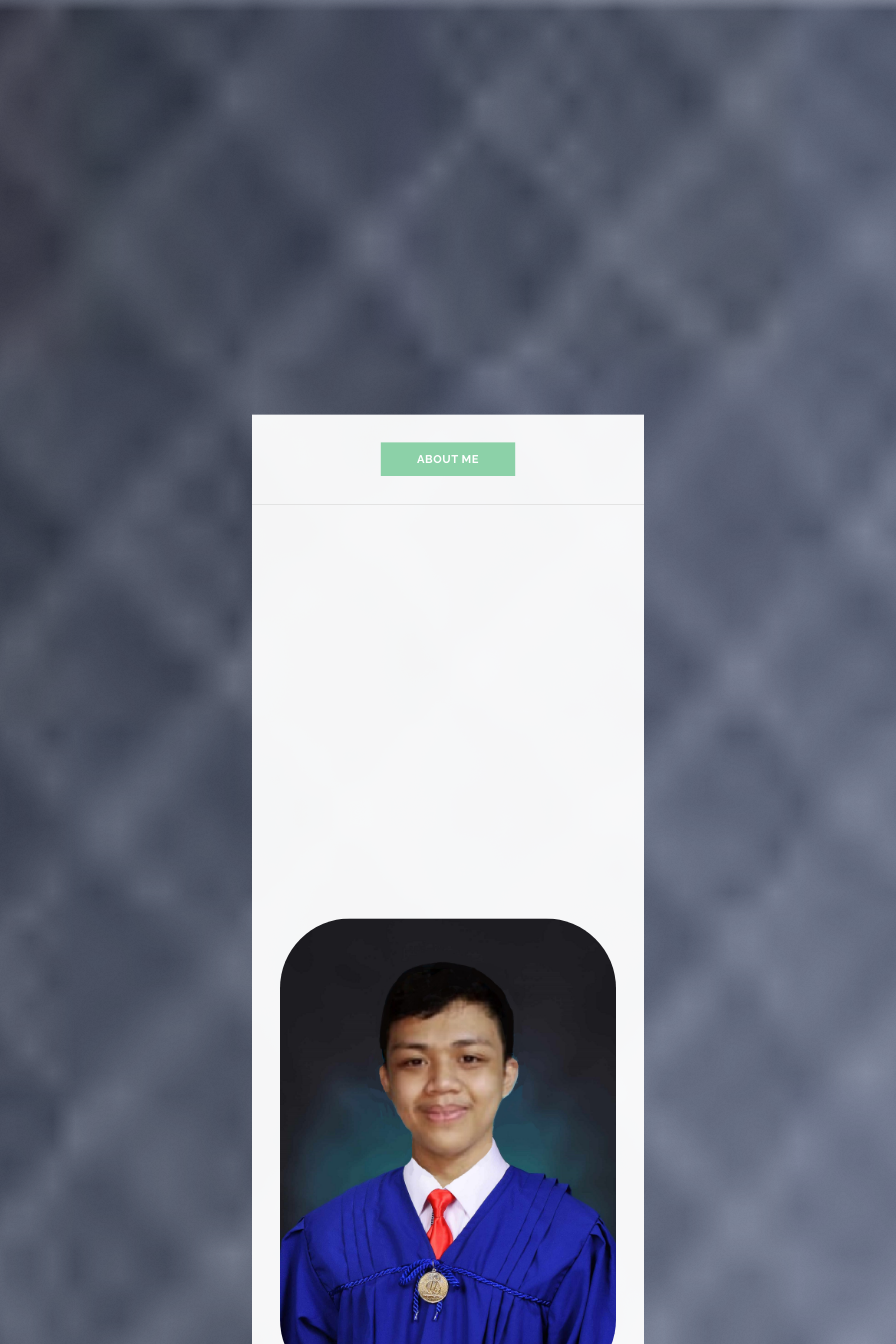
Repository: Josue7505/Josue.github.io
Page: index.html
These files come from the project's save history. The page is drawn as it stood at one moment and after the next save; the edit follows.
The browser window is 1280 px wide. The pictures show the part of the page from y = 0 to 1920 px (the page is 5616 px tall before and 6302 px after), at 70% of full size.
Some icons come from a web library that is not loaded, so they are not drawn. A picture or video elsewhere on the page could not be fetched, so the positions and the page height are approximate. Backgrounds fixed to the window are drawn as part of the page.

Above is the page before, as saved 2025-06-05 11:25:21.

### index.html
<!DOCTYPE HTML>

<html>
	<head>
		<title>Daniels Portfolio</title>
		<meta charset="utf-8" />
		<meta name="viewport" content="width=device-width, initial-scale=1, user-scalable=no" />
		<link rel="stylesheet" href="assets/css/main.css" />
	</head>
	<body class="is-preload">


			<section id="header">
				<header class="major">
					<h1>Portfolio</h1>
					<p>"Every loss is a lesson, not a defeat." </p>
				</header>
				<div class="container">
					<ul class="actions special">
						<li><a href="#one" class="button primary scrolly">About Me</a></li>
					</ul>
				</div>
			</section>


			<section id="one" class="main special">
				<div class="container">
					<span><img src="images/author.jpg" alt="Author" style="width:590px; border-radius:100px;"></span>
					<div class="content">
						<header class="major">
							<h2>Who I am</h2>
						</header>
						<p>Hi! I'm a 19-year-old Bachelor of Science in Information Technology (BSIT) student currently in my first year at STI. I've always been fascinated by how technology shapes the world around us, and I'm excited to be learning the skills that power modern digital systems.</p>
					</div>
					<a href="#two" class="goto-next scrolly">Next</a>
				</div>
			</section>


			<section id="two" class="main special">
				<div class="container">
					<span class="image fit primary"><img src="images/pic0.jpg" alt="" /></span>
					<div class="content">
						<header class="major">
							<h2>What do i do</h2>
						</header>
						<p>Currently I am learning programming languages like html, java, and css.  given tasks by our mentor or teachers that specialized in programming </p>
						<ul class="icons-grid">
							<li>
								<span class="icon solid major fa-camera-retro"></span>
								<h3>Magna Etiam</h3>
							</li>
							<li>
								<span class="icon solid major fa-pencil-alt"></span>
								<h3>Lorem Ipsum</h3>
							</li>
							<li>
								<span class="icon solid major fa-code"></span>
								<h3>Nulla Tempus</h3>
							</li>
							<li>
								<span class="icon solid major fa-coffee"></span>
								<h3>Sed Feugiat</h3>
							</li>
						</ul>
					</div>
					<a href="#three" class="goto-next scrolly">Next</a>
				</div>
			</section>


			<section id="three" class="main special">
				<div class="container">
					<div class="content">
						<header class="major">
							<h2>Documents & Certificates</h2>
							<h4>Junior High School Diploma</h4>
						<span class="square"><img src="images/HighSchoolDiploma.jpg" alt="" /></span>
						<div class="content">

				<
					<div class="content">
						<header class="major">
							<h4>Senior High School Diploma</h4>
						<span class="square"><img src="images/SHS Diploma.JPG" alt="" /></span>
						<div class="content">


					<div class="content">
						<header class="major">
							<h4>GoodMoral</h4>
						<span class="square"><img src="images/GoodMoral.jpg" alt="" /></span>
						<div class="content">

						</header>

					</div>
					<a href="#footer" class="goto-next scrolly">Next</a>
				</div>
			</section>



			<section id="footer">
				<div class="container">
					<header class="major">
						<h2>Get in Touch</h2>

  						 <form action="sendmail.php" method="POST">
    						<label>Name:</label><br>
   						 <input type="text" name="name" required><br><br>

   						 <label>Email:</label><br>
   							<input type="email" name="email" required><br><br>

  						  <label>Message:</label><br>
  						  <textarea name="message" required></textarea><br><br>

  						  <button type="submit">Send</button>
 						 </form>
								</ul>
							</div>
						</div>
					</form>
				</div>
				<footer>
					<ul class="icons">
						<li><a href="https://x.com/" class="icon brands alt fa-twitter"><span class="label">Twitter</span></a></li>
						<li><a href="https://www.facebook.com/" class="icon brands alt fa-facebook-f"><span class="label">Facebook</span></a></li>
						<li><a href="https://instagram.com/" class="icon brands alt fa-instagram"><span class="label">Instagram</span></a></li>
						<li><a href="https://gmail.com/" class="icon solid alt fa-envelope"><span class="label">Email</span></a></li>
					</ul>
					<ul class="copyright">
						<li>&copy; Untitled</li><li>Design: <a href="https://html5u.net">HTML5 UP</a></li><li>Demo Images: <a href="http://unsplash.com">Unsplash</a></li>
					</ul>
				</footer>
			</section>


			<script src="assets/js/jquery.min.js"></script>
			<script src="assets/js/jquery.scrollex.min.js"></script>
			<script src="assets/js/jquery.scrolly.min.js"></script>
			<script src="assets/js/browser.min.js"></script>
			<script src="assets/js/breakpoints.min.js"></script>
			<script src="assets/js/util.js"></script>
			<script src="assets/js/main.js"></script>

	</body>
</html>

Loaded but not shown: assets/js/jquery.min.js (library); assets/js/jquery.scrollex.min.js (common file); assets/js/jquery.scrolly.min.js (common file); assets/js/browser.min.js (common file); assets/js/breakpoints.min.js (common file); assets/js/util.js (587 lines, source omitted); assets/js/main.js (174 lines, source omitted); assets/css/main.css (3158 lines, source omitted)

After the next save:
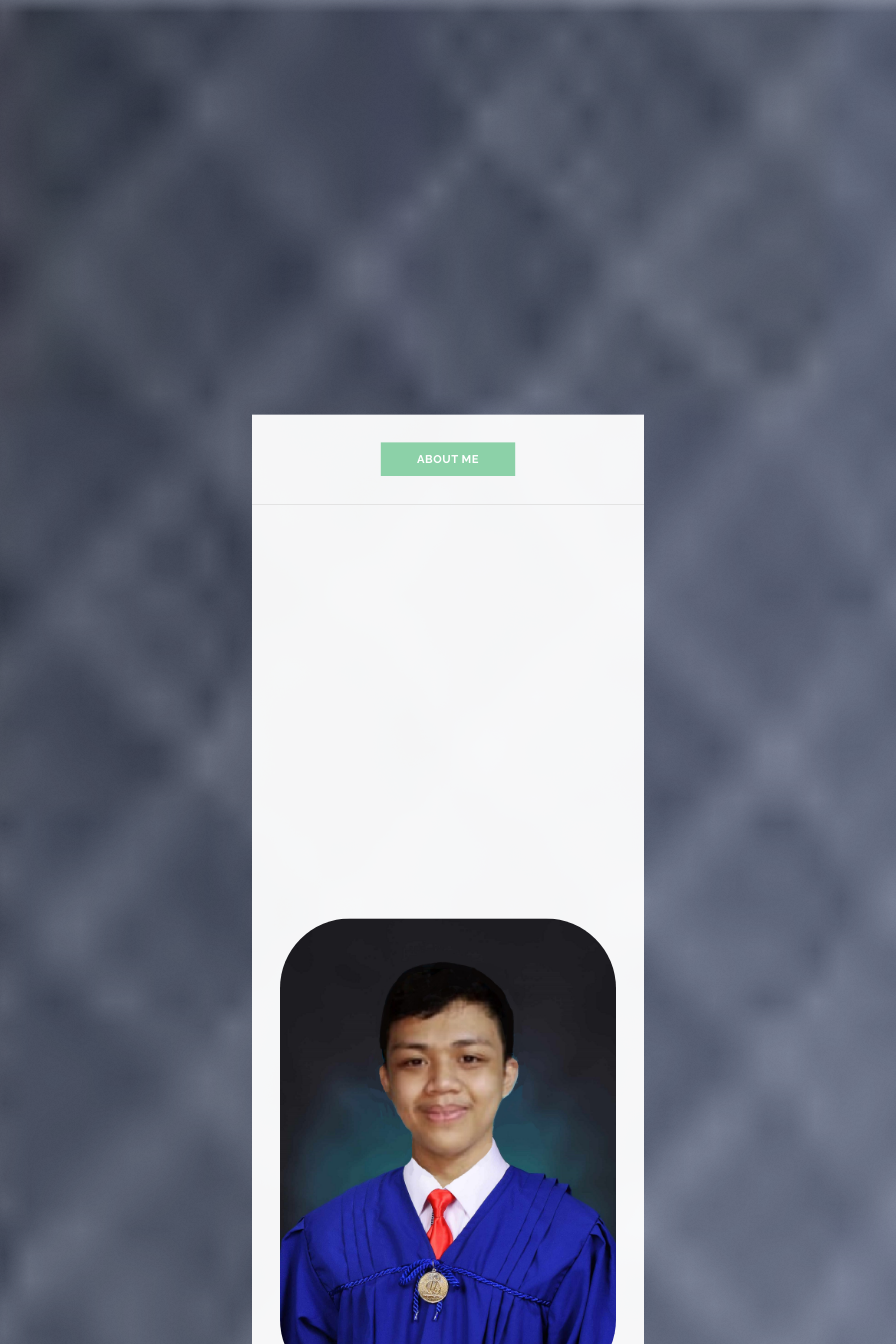
Saved 33 min 15 s later.
--- a/index.html
+++ b/index.html
@@ -43,26 +43,16 @@
 					<div class="content">
 						<header class="major">
 							<h2>What do i do</h2>
+							</header>
+							<p>Currently I am learning programming languages like html, java, and css. We are given tasks by our mentor or teachers that specialized in programming simple tasks, tasks thathone our skills in coding.</p>
+						<div class="content">
+						<header class="major">
+							<h1>Making of the Portfolio</h1>
+						<span class="square"><img src="images/What i do.JPG" alt="" /></span>
+						<div class="content">
 						</header>
-						<p>Currently I am learning programming languages like html, java, and css.  given tasks by our mentor or teachers that specialized in programming </p>
-						<ul class="icons-grid">
-							<li>
-								<span class="icon solid major fa-camera-retro"></span>
-								<h3>Magna Etiam</h3>
-							</li>
-							<li>
-								<span class="icon solid major fa-pencil-alt"></span>
-								<h3>Lorem Ipsum</h3>
-							</li>
-							<li>
-								<span class="icon solid major fa-code"></span>
-								<h3>Nulla Tempus</h3>
-							</li>
-							<li>
-								<span class="icon solid major fa-coffee"></span>
-								<h3>Sed Feugiat</h3>
-							</li>
-						</ul>
+
+
 					</div>
 					<a href="#three" class="goto-next scrolly">Next</a>
 				</div>
@@ -92,6 +82,11 @@
 						<span class="square"><img src="images/GoodMoral.jpg" alt="" /></span>
 						<div class="content">
 
+					<div class="content">
+						<header class="major">
+							<h1>Resume</h1>
+						<span class="square"><img src="images/Resume.jpg" alt="" /></span>
+						<div class="content">
 						</header>
 
 					</div>
